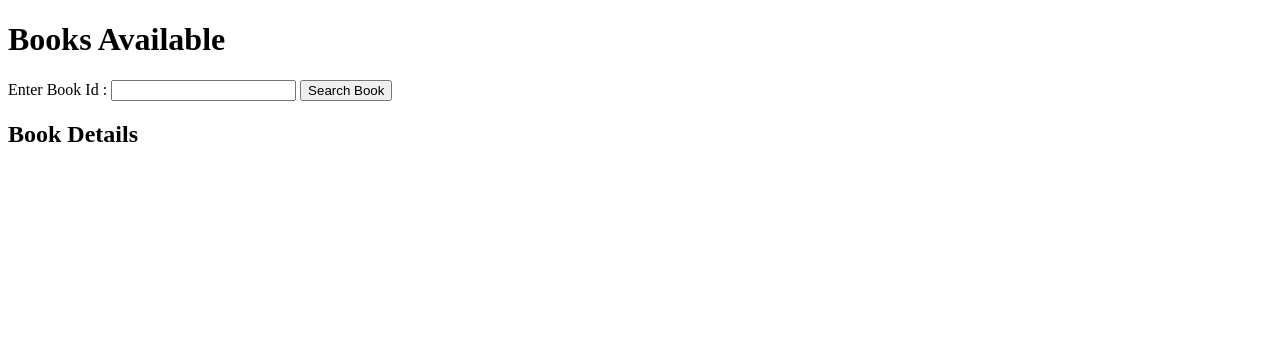
Repository: Jyoshika1263/Java-Training_Genpact
Page: shop/src/main/resources/static/book.html
An editor plug-in stored every save of this project. The page is shown before and after the next save, followed by the edit.
The browser window is 1280 px wide. The pictures show the whole page.
The page's requests for data from a server got no answer.

Above is the page before, as saved 2025-03-03 07:30:26.

After the next save:
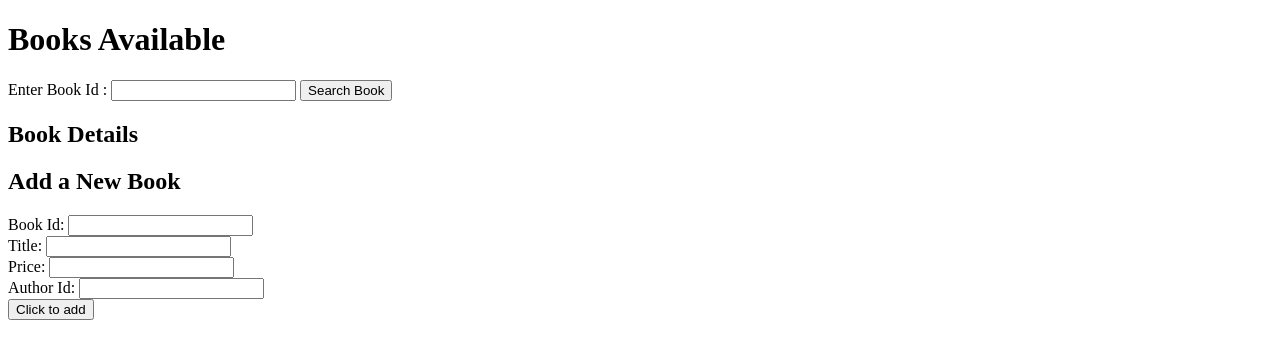
Saved 9 min 50 s later.
--- a/shop/src/main/resources/static/book.html
+++ b/shop/src/main/resources/static/book.html
@@ -25,6 +25,16 @@
 
 <h2>Book Details</h2>
 <p id="bookDetails"></p>
+<h2>Add a New Book</h2>
+<label for="newBookId">Book Id:</label>
+<input type="number" id="newBookId"><br>
+<label for="newBookTitle">Title:</label>
+<input type="text" id="newBookTitle"><br>
+<label for="newBookPrice">Price:</label>
+<input type="number" id="newBookPrice"><br>
+<label for="newAuthorId">Author Id:</label>
+<input type="number" id="newAuthorId"><br>
+<button onclick="submitBooks()">Click to add</button>
 
 <script>
 
@@ -59,6 +69,56 @@ fetch('/api/books')
     	   .catch(error => {
     		   document.getElementById("bookDetails").textContent="book not found";
     	   })
+    	// Add a new book
+        function addBook() {
+            const newBookId = document.getElementById("newBookId").value;
+            const newBookTitle = document.getElementById("newBookTitle").value;
+            const newBookPrice = document.getElementById("newBookPrice").value;
+            const newAuthorId = document.getElementById("newAuthorId").value;
+
+            if (!newBookId || !newBookTitle || !newBookPrice || !newAuthorId) {
+                alert("Please fill in all fields");
+                return;
+            }
+
+            const newBook = {
+                id: newBookId,
+                title: newBookTitle,
+                price: newBookPrice,
+                authorId: newAuthorId
+            };
+
+            fetch('/api/books', {
+                method: 'POST',
+                headers: {
+                    'Content-Type': 'application/json'
+                },
+                body: JSON.stringify(newBook)
+            })
+            .then(response => {
+                if (!response.ok) {
+                    throw new Error("Failed to add book");
+                }
+                return response.json();
+            })
+            .then(data => {
+                alert("Book added successfully");
+                // Optionally, update the book list dynamically
+                const list = document.getElementById('bookList');
+                const li = document.createElement('li');
+                li.textContent = `${data.title} having price ${data.price} with author id ${data.authorId}`;
+                list.appendChild(li);
+            })
+            .catch(error => {
+                console.error('Error adding book:', error);
+                alert("Error adding book");
+            });
+        }
+
+        // Submit books (dummy function for demonstration)
+        function submitBooks() {
+            alert("Books submitted successfully");
+        }
     }
 </script>
 
